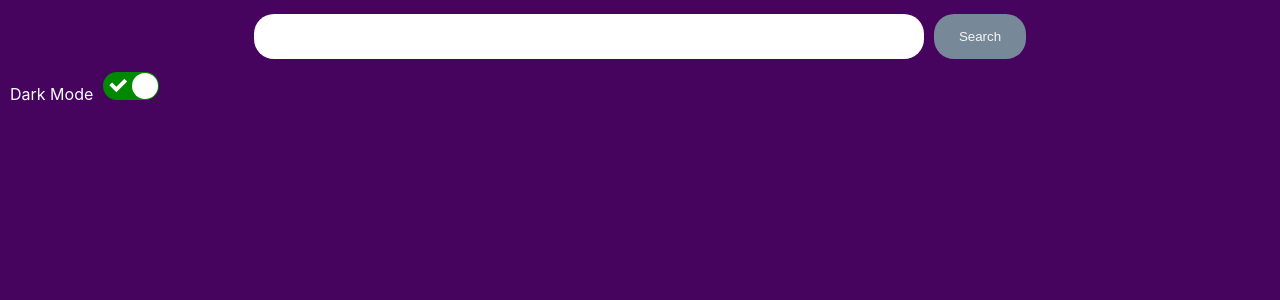
Repository: HunterX-21/Recipe-webApp
Page: /
An editor plug-in stored every save of this project. The page is shown before and after the next save, followed by the edit.
The browser window is 1280 px wide. The pictures show the whole page.
The page's requests for data from a server got no answer. The project was rebuilt for these pictures with package versions that can differ from the ones it lists, and the page was loaded fresh each time. No one was signed in, and anything a server would have sent is missing. Also part of the build but not shown: src/recipe.module.css, src/Recipes.js.

Above is the page before, as saved 2022-07-07 19:14:15.

### public/index.html
<!DOCTYPE html>
<html lang="en">
  <head>
    <meta charset="utf-8" />
    <link rel="icon" href="%PUBLIC_URL%/favicon.ico" />
    <meta name="viewport" content="width=device-width, initial-scale=1" />
    <meta name="theme-color" content="#000000" />
    <meta
      name="description"
      content="Web site created using create-react-app"
    />
    <link rel="apple-touch-icon" href="%PUBLIC_URL%/logo192.png" />
    <!--
      manifest.json provides metadata used when your web app is installed on a
      user's mobile device or desktop. See https://developers.google.com/web/fundamentals/web-app-manifest/
    -->
    <link rel="manifest" href="%PUBLIC_URL%/manifest.json" />
    <!--
      Notice the use of %PUBLIC_URL% in the tags above.
      It will be replaced with the URL of the `public` folder during the build.
      Only files inside the `public` folder can be referenced from the HTML.

      Unlike "/favicon.ico" or "favicon.ico", "%PUBLIC_URL%/favicon.ico" will
      work correctly both with client-side routing and a non-root public URL.
      Learn how to configure a non-root public URL by running `npm run build`.
    -->
    <title>Recify</title>
  </head>
  <body>
    <noscript>You need to enable JavaScript to run this app.</noscript>
    <div id="root"></div>
    <!--
      This HTML file is a template.
      If you open it directly in the browser, you will see an empty page.

      You can add webfonts, meta tags, or analytics to this file.
      The build step will place the bundled scripts into the <body> tag.

      To begin the development, run `npm start` or `yarn start`.
      To create a production bundle, use `npm run build` or `yarn build`.
    -->
  </body>
</html>

### src/App.js
import "./App.css";
import { createContext, useEffect, useState } from "react";
import Recipe from "./Recipes";
import React from "react";
import ReactSwitch from "react-switch";

export const ThemeContext = createContext(null);

const App = () => {
  const APP_ID = "6b1c144c";
  const APP_KEY = "458cc45743dd5428f00b4794732fbd3e";

  const [recipes, setRecipes] = useState([]);
  const [search, setSearch] = useState("");
  const [query, setquery] = useState("chicken");

  useEffect(() => {
    getRecipes();
  }, [query]);

  const getRecipes = async () => {
    const response = await fetch(
      `https://api.edamam.com/search?q=${query}&app_id=${APP_ID}&app_key=${APP_KEY}`
    );
    const data = await response.json();
    setRecipes(data.hits);
    console.log(data.hits);
  };

  const updateSearch = (e) => {
    setSearch(e.target.value);
    console.log(search);
  };

  const getSearch = (e) => {
    e.preventDefault();
    setquery(search);
    setSearch("");
  };

  const [theme, setTheme] = useState("dark");

  const toggleTheme = () => {
    setTheme((curr) => (curr === "light" ? "dark" : "light"));
  };
  return (
    <ThemeContext.Provider value={{ theme, toggleTheme }}>
      <div className="body" id={theme}>
        <header></header>
        <form onSubmit={getSearch} className="search-form">
          <input
            className="search-bar"
            type="text"
            value={search}
            onChange={updateSearch}
          />
          <button className="search-button" type="submit">
            Search
          </button>
        </form>
        <div className="recipes">
          {recipes.map((recipe) => (
            <Recipe
              key={recipe.recipe.label}
              title={recipe.recipe.label}
              calories={recipe.recipe.calories}
              image={recipe.recipe.image}
              ingredients={recipe.recipe.ingredients}
            />
          ))}
        </div>
        <div className="switch">
          <label>{theme === "light" ? "Light Mode" : "Dark Mode"}</label>
          <ReactSwitch onChange={toggleTheme} checked={theme === "dark"} />
        </div>
      </div>
    </ThemeContext.Provider>
  );
};

export default App;

### src/App.css
.body {
  min-height: 100vh;
  color: #1a202c;
  transition: color 0.2s ease-in;
}
#light {
  background-color: #f3ebf6;
}

#dark {
  background-color: #46045e;
}

#light .main {
  background-color: #fff;
}

#dark .main {
  background-color: #38004c;
}

switch {
  display: flex;
  width: 100vw;
  height: 100px;
  justify-content: center;
  align-items: center;
}

.switch label {
  margin: 10px;
}

#light .switch label {
  color: black;
}

#dark .switch label {
  color: white;
}

.search-form {
  min-height: 10vh;
  display: flex;
  justify-content: center;
  align-items: center;
}
.search-bar {
  width: 50%;
  border: none;
  padding: 15px;
  border-radius: 20px;
}
.search-button {
  background: lightslategrey;
  border: none;
  padding: 15px 25px;
  color: whitesmoke;
  border-radius: 20px;
  margin-left: 10px;
}
.recipes {
  display: flex;
  justify-content: space-around;
  flex-wrap: wrap;
}
header {
  position: absolute;
}

Loaded but not shown: src/index.js (common file); src/index.css (common file); src/reportWebVitals.js (common file)

After the next save:
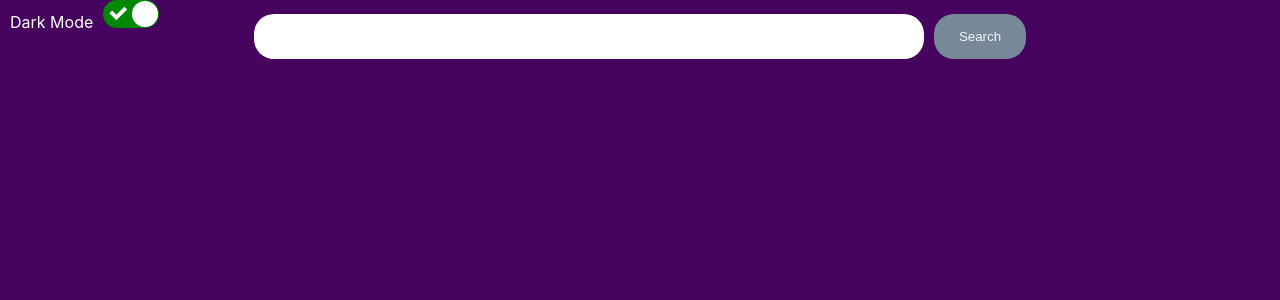
Saved 106 s later.
--- a/src/App.js
+++ b/src/App.js
@@ -46,7 +46,12 @@ const App = () => {
   return (
     <ThemeContext.Provider value={{ theme, toggleTheme }}>
       <div className="body" id={theme}>
-        <header></header>
+        <header>
+          <div className="switch">
+            <label>{theme === "light" ? "Light Mode" : "Dark Mode"}</label>
+            <ReactSwitch onChange={toggleTheme} checked={theme === "dark"} />
+          </div>
+        </header>
         <form onSubmit={getSearch} className="search-form">
           <input
             className="search-bar"
@@ -69,10 +74,6 @@ const App = () => {
             />
           ))}
         </div>
-        <div className="switch">
-          <label>{theme === "light" ? "Light Mode" : "Dark Mode"}</label>
-          <ReactSwitch onChange={toggleTheme} checked={theme === "dark"} />
-        </div>
       </div>
     </ThemeContext.Provider>
   );
